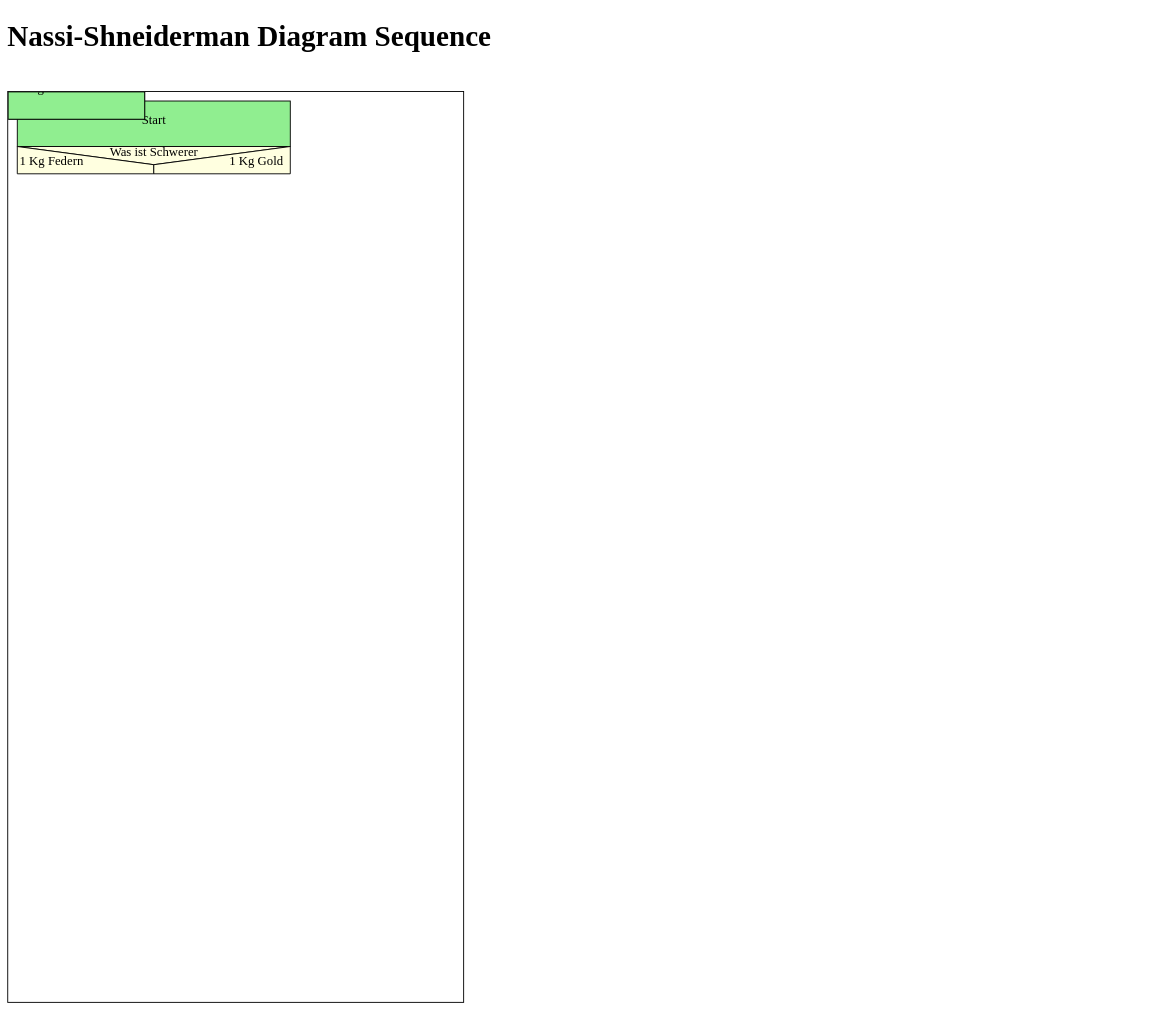
Repository: fabsch225/Nassi-Shneiderman-Compiler
Page: demo.html
The author's editor kept a copy of each file at every save. The page is drawn from the files as they stood at one save, then again after the next save.
The browser window is 1280 px wide. The pictures show the whole page, at 91% of full size.

Above is the page before, as saved 2024-05-15 21:48:25.

After the next save:
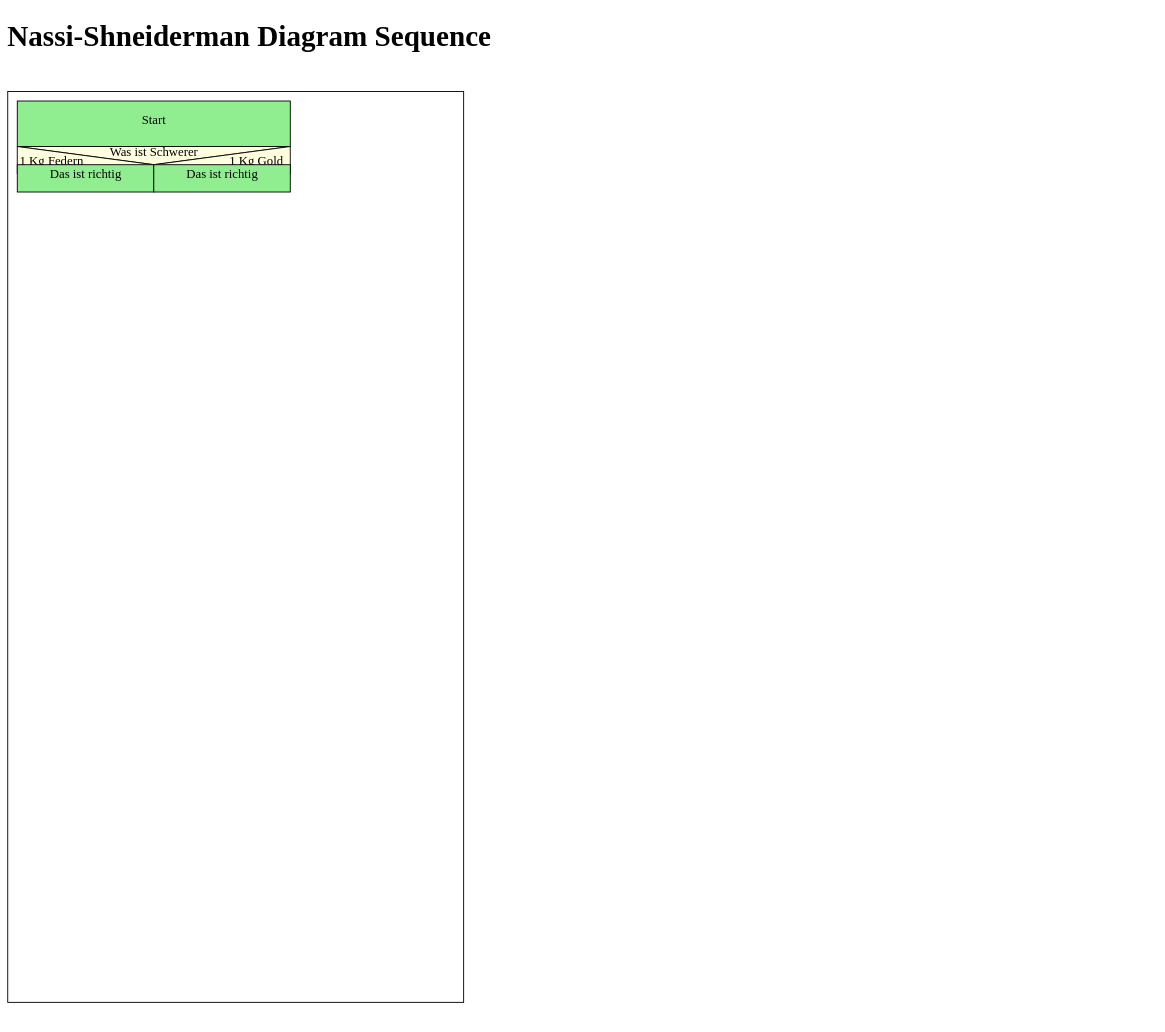
Saved 45 s later.
--- a/demo.html
+++ b/demo.html
@@ -24,8 +24,8 @@
     svgContainer.innerHTML += block.svgAppendix;
     var bounds1 = block.children[0];
     var bounds2 = block.children[1];
-    var option1 = createSequenceBlock(bounds1.x, bounds1.y, bounds1.width, bounds1.height, "Das ist richtig");
-    var option2 = createSequenceBlock(bounds2.x, bounds2.y, bounds2.width, bounds2.height, "Das ist richtig");
+    var option1 = createSequenceBlock(bounds1.start_x, bounds1.start_y, bounds1.width, bounds1.height, "Das ist richtig");
+    var option2 = createSequenceBlock(bounds2.start_x, bounds2.start_y, bounds2.width, bounds2.height, "Das ist richtig");
     svgContainer.innerHTML += option1.svgAppendix;
     svgContainer.innerHTML += option2.svgAppendix;
 </script>
